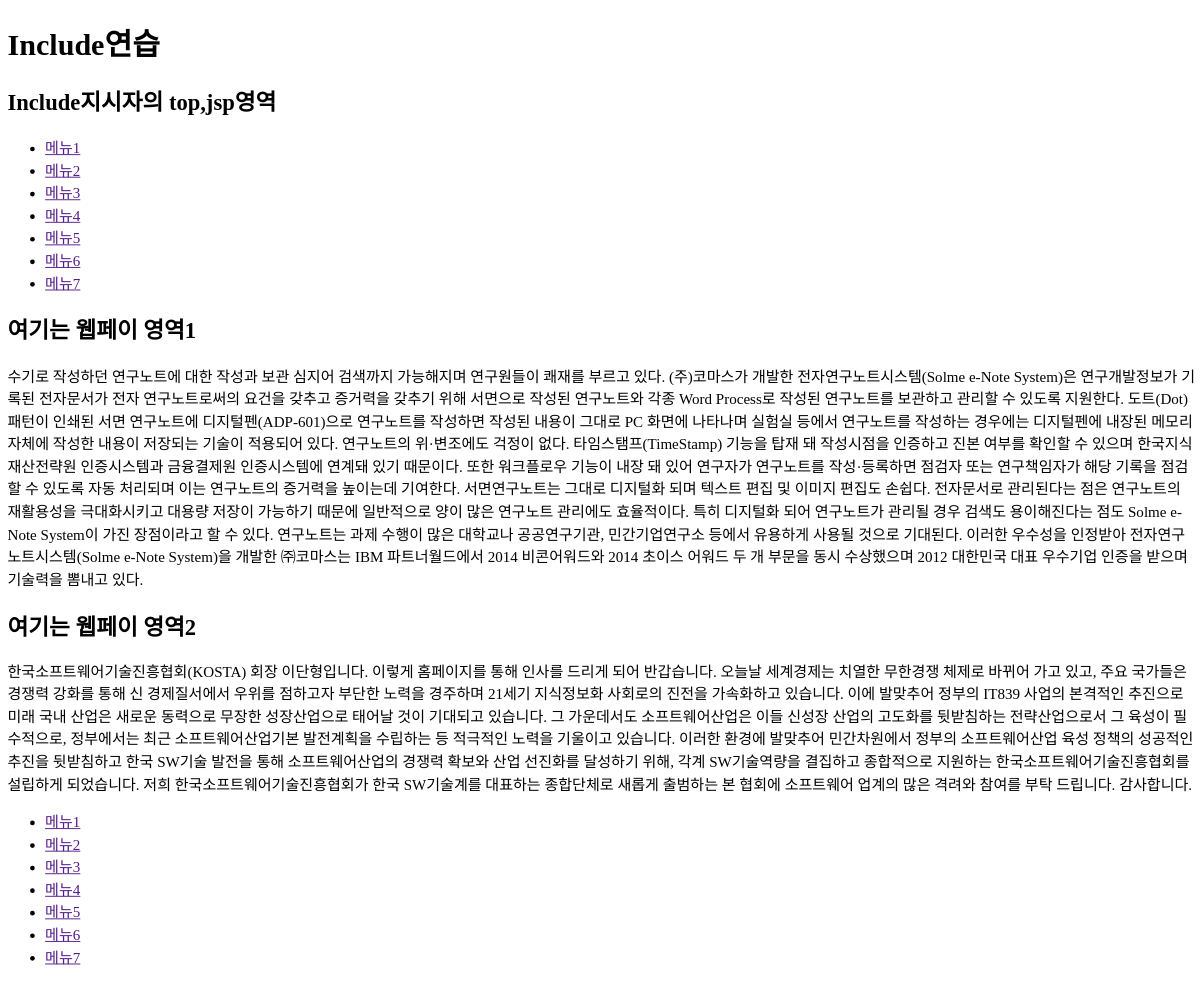
Repository: kol0372/woo
Page: http://localhost/1104/ex1_sample.jsp
These files come from the project's save history. The page is drawn as it stood at one moment and after the next save; the edit follows.
The browser window is 1280 px wide. The pictures show the whole page, at 94% of full size.
Some web libraries are served in a nearby version. The page is served by Tomcat 9.

Above is the page before, as saved 2014-11-04 01:30:30.

After the next save:
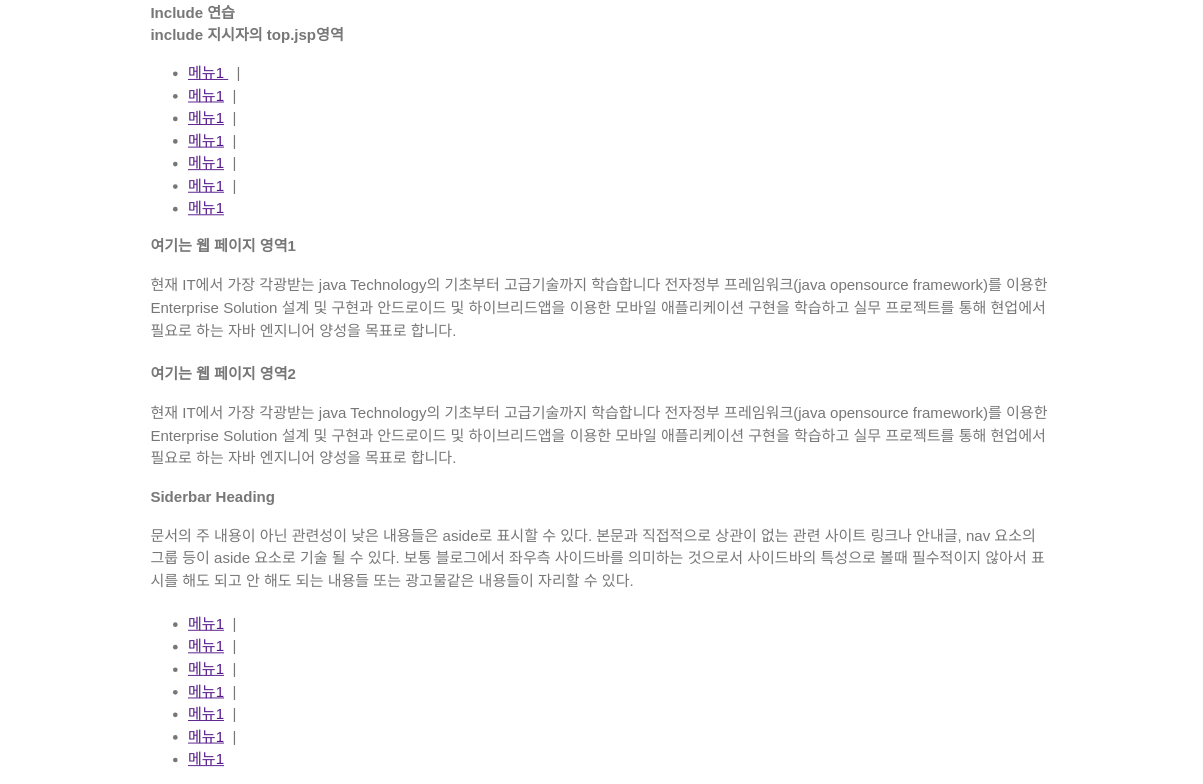
Saved 12 min 0 s later.
--- a/jspworkspace/1104/WebContent/ex1_sample.jsp
+++ b/jspworkspace/1104/WebContent/ex1_sample.jsp
@@ -1,88 +1,80 @@
 <%@ page language="java" contentType="text/html; charset=EUC-KR"
 	pageEncoding="EUC-KR"%>
-<!--data-->
+<!-- 2014. 11. 3. -->
 <!DOCTYPE html>
 <html>
 <head>
 <meta charset="EUC-KR">
 <title>Insert title here</title>
+<link rel="stylesheet"  href="css/style.css" type="text/css">
 <script src="//code.jquery.com/jquery-1.11.0.min.js"></script>
 <script src="//code.jquery.com/jquery-migrate-1.2.1.min.js"></script>
 <script>
+	$(document).ready(function() {
 
+	});
 </script>
 </head>
 <body>
-	<div id="wrap">
+
 		<header class="hd">
-			<h1>Include연습</h1>
-			<h2>Include지시자의 top,jsp영역</h2>
+			<h1> Include 연습 </h1>
+			<h2> include 지시자의 top.jsp영역</h2>
 		</header>
 		<nav>
-			<ul>
-				<li><a href="">메뉴1</a></li>
-				<li><a href="">메뉴2</a></li>
-				<li><a href="">메뉴3</a></li>
-				<li><a href="">메뉴4</a></li>
-				<li><a href="">메뉴5</a></li>
-				<li><a href="">메뉴6</a></li>
-				<li><a href="">메뉴7</a></li>
-
-			</ul>
-		</nav>
-		<article>
-			<header>
-				<h2>여기는 웹페이 영역1</h2>
-			</header>
-
-			<p>수기로 작성하던 연구노트에 대한 작성과 보관 심지어 검색까지 가능해지며 연구원들이 쾌재를 부르고 있다.
-
-				(주)코마스가 개발한 전자연구노트시스템(Solme e-Note System)은 연구개발정보가 기록된 전자문서가 전자
-				연구노트로써의 요건을 갖추고 증거력을 갖추기 위해 서면으로 작성된 연구노트와 각종 Word Process로 작성된
-				연구노트를 보관하고 관리할 수 있도록 지원한다. 도트(Dot) 패턴이 인쇄된 서면 연구노트에 디지털펜(ADP-601)으로
-				연구노트를 작성하면 작성된 내용이 그대로 PC 화면에 나타나며 실험실 등에서 연구노트를 작성하는 경우에는 디지털펜에 내장된
-				메모리 자체에 작성한 내용이 저장되는 기술이 적용되어 있다. 연구노트의 위·변조에도 걱정이 없다.
-				타임스탬프(TimeStamp) 기능을 탑재 돼 작성시점을 인증하고 진본 여부를 확인할 수 있으며 한국지식재산전략원
-				인증시스템과 금융결제원 인증시스템에 연계돼 있기 때문이다. 또한 워크플로우 기능이 내장 돼 있어 연구자가 연구노트를
-				작성·등록하면 점검자 또는 연구책임자가 해당 기록을 점검할 수 있도록 자동 처리되며 이는 연구노트의 증거력을 높이는데
-				기여한다. 서면연구노트는 그대로 디지털화 되며 텍스트 편집 및 이미지 편집도 손쉽다. 전자문서로 관리된다는 점은 연구노트의
-				재활용성을 극대화시키고 대용량 저장이 가능하기 때문에 일반적으로 양이 많은 연구노트 관리에도 효율적이다. 특히 디지털화
-				되어 연구노트가 관리될 경우 검색도 용이해진다는 점도 Solme e-Note System이 가진 장점이라고 할 수 있다.
-
-				연구노트는 과제 수행이 많은 대학교나 공공연구기관, 민간기업연구소 등에서 유용하게 사용될 것으로 기대된다. 이러한 우수성을
-				인정받아 전자연구노트시스템(Solme e-Note System)을 개발한 ㈜코마스는 IBM 파트너월드에서 2014
-				비콘어워드와 2014 초이스 어워드 두 개 부문을 동시 수상했으며 2012 대한민국 대표 우수기업 인증을 받으며 기술력을
-				뽐내고 있다.</p>
-			<section>
-				<header>
-					<h2>여기는 웹페이 영역2</h2>
-				</header>
-				<p>한국소프트웨어기술진흥협회(KOSTA) 회장 이단형입니다. 이렇게 홈페이지를 통해 인사를 드리게 되어
-					반갑습니다. 오늘날 세계경제는 치열한 무한경쟁 체제로 바뀌어 가고 있고, 주요 국가들은 경쟁력 강화를 통해 신
-					경제질서에서 우위를 점하고자 부단한 노력을 경주하며 21세기 지식정보화 사회로의 진전을 가속화하고 있습니다. 이에
-					발맞추어 정부의 IT839 사업의 본격적인 추진으로 미래 국내 산업은 새로운 동력으로 무장한 성장산업으로 태어날 것이
-					기대되고 있습니다. 그 가운데서도 소프트웨어산업은 이들 신성장 산업의 고도화를 뒷받침하는 전략산업으로서 그 육성이
-					필수적으로, 정부에서는 최근 소프트웨어산업기본 발전계획을 수립하는 등 적극적인 노력을 기울이고 있습니다. 이러한 환경에
-					발맞추어 민간차원에서 정부의 소프트웨어산업 육성 정책의 성공적인 추진을 뒷받침하고 한국 SW기술 발전을 통해
-					소프트웨어산업의 경쟁력 확보와 산업 선진화를 달성하기 위해, 각계 SW기술역량을 결집하고 종합적으로 지원하는
-					한국소프트웨어기술진흥협회를 설립하게 되었습니다. 저희 한국소프트웨어기술진흥협회가 한국 SW기술계를 대표하는 종합단체로
-					새롭게 출범하는 본 협회에 소프트웨어 업계의 많은 격려와 참여를 부탁 드립니다. 감사합니다.</p>
-
-			</section>
-		</article>
-		<footer>
-			<nav>
-				<ul>
+			   <ul>
+					<li><a href="">메뉴1 </a>&nbsp; |</li>
+					<li><a href="">메뉴1</a>&nbsp; |</li>
+					<li><a href="">메뉴1</a>&nbsp; |</li>
+					<li><a href="">메뉴1</a>&nbsp; |</li>
+					<li><a href="">메뉴1</a>&nbsp; |</li>
+					<li><a href="">메뉴1</a>&nbsp; |</li>
 					<li><a href="">메뉴1</a></li>
-					<li><a href="">메뉴2</a></li>
-					<li><a href="">메뉴3</a></li>
-					<li><a href="">메뉴4</a></li>
-					<li><a href="">메뉴5</a></li>
-					<li><a href="">메뉴6</a></li>
-					<li><a href="">메뉴7</a></li>
 				</ul>
 			</nav>
-		</footer>
-	</div>
+		 <article>
+		 	<header><h2>여기는 웹 페이지 영역1</h2></header>
+
+		 	<p>
+		 		현재 IT에서 가장 각광받는 java Technology의 기초부터 고급기술까지 학습합니다
+전자정부 프레임워크(java opensource framework)를 이용한 Enterprise Solution 설계 및 구현과
+안드로이드 및 하이브리드앱을 이용한 모바일 애플리케이션 구현을 학습하고 실무 프로젝트를 통해 현업에서 필요로 하는
+자바 엔지니어 양성을 목표로 합니다.
+		 	</p>
+		 	<section>
+		 	<header><h2>여기는 웹 페이지 영역2</h2></header>
+		 	<p>
+		 		현재 IT에서 가장 각광받는 java Technology의 기초부터 고급기술까지 학습합니다
+전자정부 프레임워크(java opensource framework)를 이용한 Enterprise Solution 설계 및 구현과
+안드로이드 및 하이브리드앱을 이용한 모바일 애플리케이션 구현을 학습하고 실무 프로젝트를 통해 현업에서 필요로 하는
+자바 엔지니어 양성을 목표로 합니다.
+		 	</p>
+		 	</section>
+		 </article>
+		  <aside>
+        <header>
+            <h1>Siderbar Heading</h1>
+        </header>
+        <p>문서의 주 내용이 아닌 관련성이 낮은 내용들은 aside로 표시할 수 있다.
+		본문과 직접적으로 상관이 없는 관련 사이트 링크나 안내글, nav 요소의 그룹 등이 aside 요소로 기술 될 수 있다.
+		보통 블로그에서 좌우측 사이드바를 의미하는 것으로서 사이드바의 특성으로 볼때 필수적이지 않아서 표시를 해도 되고 안 해도 되는 내용들 또는 광고물같은 내용들이 자리할 수 있다.</p>
+
+    </aside>
+
+		 <footer>
+		 	<nav>
+			   <ul>
+					<li><a href="">메뉴1</a>&nbsp; |</li>
+					<li><a href="">메뉴1</a>&nbsp; |</li>
+					<li><a href="">메뉴1</a>&nbsp; |</li>
+					<li><a href="">메뉴1</a>&nbsp; |</li>
+					<li><a href="">메뉴1</a>&nbsp; |</li>
+					<li><a href="">메뉴1</a>&nbsp; |</li>
+					<li><a href="">메뉴1</a></li>
+				</ul>
+			</nav>
+		 </footer>
+
+
 </body>
 </html>
